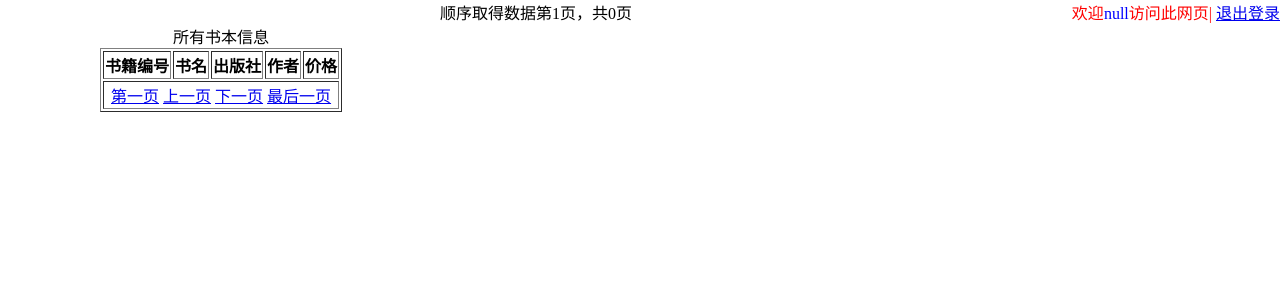
Repository: guirui-li/StudyJavaWeb
Page: http://localhost/JavawebTest/FenServlet?page=1
The author's editor kept a copy of each file at every save. The page is drawn from the files as they stood at one save, then again after the next save.
The browser window is 1280 px wide. The pictures show the whole page.
The page is served by Tomcat 9. Other server files are loaded and not shown. Queries for data that is not in the repository find no rows.

Above is the page before, as saved 2019-05-03 07:50:24.

### JavawebTest/WebContent/experiment08/loginSuccess.jsp
<%@ page language="java" contentType="text/html; charset=UTF-8"
    pageEncoding="UTF-8"%>
<%@ page import="java.util.List" %>
<%@ page import="com.guirui.demo04.Book" %>
<!DOCTYPE html>
<html>
<head>
<meta charset="UTF-8">
<title>书本信息</title>
	<style type="text/css">
		body{
			position: relative;
			margin: 0;
			pause: 0;
		}
		#div{
			float: right;
			color: red;
		}
		#a{
			color:red;
		}
		#font{
			text-align: center;
		}
		#table{
			margin-left:100px;
			text-align: center;
		}
	</style>
</head>
<body>
	<%

		String name=(String)request.getSession().getAttribute("name");
		int pagee=(Integer)request.getAttribute("currPage");
		int pages=(Integer)request.getAttribute("pages");
	%>
	<div id="div">
		欢迎<font style="color:blue"><%=name%></font>访问此网页|
		<a href="experiment08/login.jsp">退出登录</a>
	</div>
	<div id="font">
		顺序取得数据第<%=pagee %>页，共<%=pages %>页
	</div>
	<table border="1" id="table">
		<caption >所有书本信息</caption>
		<tr>
			<th>书籍编号</th>
			<th>书名</th>
			<th>出版社</th>
			<th>作者</th>
			<th>价格</th>
		</tr>
		<%
			@SuppressWarnings("unchecked")
			List<Book> list=(List<Book>)request.getAttribute("list");
			for(Book b:list){
		%>
		<tr>
			<td><%=b.getBookID() %></td>
			<td><%=b.getBookName() %></td>
			<td><%=b.getPublishing_House() %></td>
			<td><%=b.getAuthor() %></td>
			<td><%=b.getPrice() %></td>
		</tr>
		<%
			}
		%>
		<tr>
			<td colspan=5>
				<%=request.getAttribute("bar") %>
			</td>
		</tr>
	</table>
</body>
</html>

### JavawebTest/src/com/guirui/demo04/FenServlet.java
package com.guirui.demo04;

import java.io.IOException;
import java.util.List;

import javax.servlet.ServletException;
import javax.servlet.annotation.WebServlet;
import javax.servlet.http.HttpServlet;
import javax.servlet.http.HttpServletRequest;
import javax.servlet.http.HttpServletResponse;

/**
 * Servlet implementation class FenServlet
 */
@WebServlet("/FenServlet")
public class FenServlet extends HttpServlet {
	private static final long serialVersionUID = 1L;

    /**
     * @see HttpServlet#HttpServlet()
     */
    public FenServlet() {
        super();
        // TODO Auto-generated constructor stub
    }

	/**
	 * @see HttpServlet#doGet(HttpServletRequest request, HttpServletResponse response)
	 */
	protected void doGet(HttpServletRequest request, HttpServletResponse response) throws ServletException, IOException {
		int currPage=1;      							//当前页数
		if(request.getParameter("page")!=null) {        //与当前页码是否相等
			currPage=Integer.parseInt(request.getParameter("page"));
		}
		Book book=new Book();
		List<Book> list=book.findAll(currPage);        //得到当前页码对应的数据库数据
		request.setAttribute("list", list);
		int pages;           				//总页数
		int count=book.findCount();         //总记录数
		if(count%Book.PAGE_SIZE==0) {       //对总页数赋值
			pages=count/Book.PAGE_SIZE;
		}else {
			pages=count/Book.PAGE_SIZE+1;
		}
		request.setAttribute("currPage", currPage);
		request.setAttribute("pages", pages);
		StringBuffer sb=new StringBuffer();
		sb.append("<a href='/JavawebTest/FenServlet?page="+1+"'>"+"第一页"+"</a>");
		sb.append(" ");
		if(currPage==1) {
			sb.append("<a href='/JavawebTest/FenServlet?page="+1+"'>"+"上一页"+"</a>");
			sb.append(" ");
		}else {
			sb.append("<a href='/JavawebTest/FenServlet?page="+(currPage-1)+"'>"+"上一页"+"</a>");
			sb.append(" ");
		}
		for(int i=1;i<=pages;i++) {
			if(i==currPage) {
				sb.append("<a href='/JavawebTest/FenServlet?page="+i+"' id='a'>"+i+"</a>");
			}else {
				sb.append("<a href='/JavawebTest/FenServlet?page="+i+"'>"+i+"</a>");
			}
			sb.append(" ");
		}
		if(currPage==pages) {
			sb.append("<a href='/JavawebTest/FenServlet?page="+pages+"'>"+"下一页"+"</a>");
			sb.append(" ");
		}else {
			sb.append("<a href='/JavawebTest/FenServlet?page="+(currPage+1)+"'>"+"下一页"+"</a>");
			sb.append(" ");
		}
		sb.append("<a href='/JavawebTest/FenServlet?page="+pages+"'>"+"最后一页"+"</a>");
		sb.append(" ");
		request.setAttribute("bar", sb.toString());
		request.getRequestDispatcher("/experiment08/loginSuccess.jsp").forward(request, response);
	}

	/**
	 * @see HttpServlet#doPost(HttpServletRequest request, HttpServletResponse response)
	 */
	protected void doPost(HttpServletRequest request, HttpServletResponse response) throws ServletException, IOException {
		// TODO Auto-generated method stub
		doGet(request, response);
	}

}

### JavawebTest/src/com/guirui/demo04/Book.java
package com.guirui.demo04;

import java.sql.Connection;
import java.sql.DriverManager;
import java.sql.PreparedStatement;
import java.sql.ResultSet;
import java.sql.SQLException;
import java.sql.Statement;
import java.util.ArrayList;
import java.util.List;

public class Book {
	private static final String forname="com.mysql.cj.jdbc.Driver";
	private static final String url="jdbc:mysql://localhost:3306/customer?serverTimezone=UTC";
	private static final String username="root";
	private static final String password="654321";
	public static final int PAGE_SIZE=3;
	String bookID;
	String bookName;
	String publishing_House;
	String author;
	int price;
	public Book(){}

	/**
	 * 쉔접宅MySQL鑒앴욋돨젯쌈
	 * @return럿쀼宅鑒앴욋돨젯쌈뚤蹶돨多痰
	 */
	public Connection getConnection(){
		Connection con = null;
		try {
			Class.forName(forname);
			con=DriverManager.getConnection(url,username,password);
		} catch (ClassNotFoundException e) {
			e.printStackTrace();
		}catch(SQLException e) {
			e.printStackTrace();
		}
		return con;
	}

	/**
	 *
	 * @param page 矜狼꿴璂돨女쯤
	 * @return 럿쀼page女뚤壇돨鑒앴
	 */
	public List<Book> findAll(int page) {
		List<Book> list=new ArrayList<Book>();
		String sql="select * from book order by bid limit ?,?";
		Connection conn=this.getConnection();
		PreparedStatement ps=null;
		ResultSet rs=null;
		try {
			ps=conn.prepareStatement(sql);
			ps.setInt(1, (page-1)*Book.PAGE_SIZE);
			ps.setInt(2, Book.PAGE_SIZE);
			rs=ps.executeQuery();
			while(rs.next()) {
				Book book=new Book();
				book.setBookID(rs.getString("bid"));
				book.setBookName(rs.getString("bname"));
				book.setPublishing_House(rs.getString("bpublishinghouse"));
				book.setAuthor(rs.getString("bauthor"));
				book.setPrice(rs.getInt("bprice"));
				list.add(book);
			}
			rs.close();
			ps.close();
			conn.close();
		} catch (Exception e) {
			e.printStackTrace();
		}
		return list;
	}
	/**
	 * 꿴璂customer鑒앴욋돨book깊돨션쩌鑒
	 * @return 럿쀼鑒앴욋櫓book깊돨悧션쩌鑒
	 */

	public int findCount() {
		int count=0;
		String sql="select count(*) from book";
		Connection conn=this.getConnection();
		Statement st=null;
		ResultSet rs=null;
		try {
			st=conn.createStatement();
			rs=st.executeQuery(sql);
			if(rs.next()) {
				count=rs.getInt(1);
			}
			rs.close();
			conn.close();
		} catch (Exception e) {
			e.printStackTrace();
		}
		return count;
	}


	public String getBookID() {
		return bookID;
	}
	public void setBookID(String bookID) {
		this.bookID = bookID;
	}
	public String getBookName() {
		return bookName;
	}
	public void setBookName(String bookName) {
		this.bookName = bookName;
	}
	public String getPublishing_House() {
		return publishing_House;
	}
	public void setPublishing_House(String publishing_House) {
		this.publishing_House = publishing_House;
	}
	public String getAuthor() {
		return author;
	}
	public void setAuthor(String author) {
		this.author = author;
	}
	public int getPrice() {
		return price;
	}
	public void setPrice(int price) {
		this.price = price;
	}

}

After the next save:
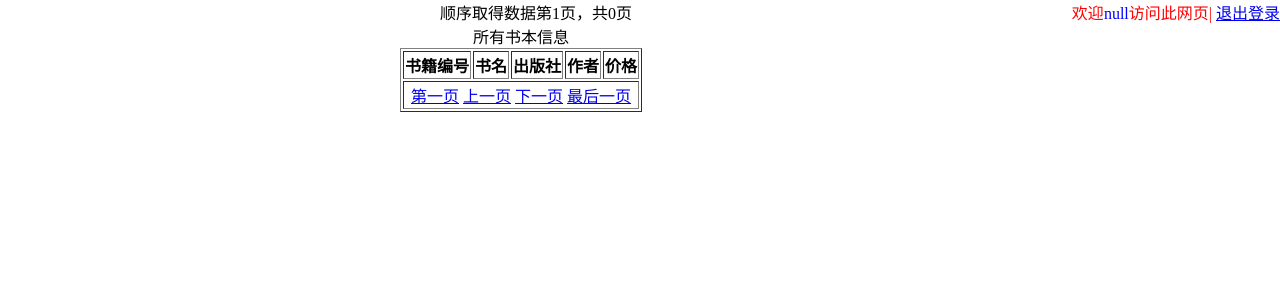
Saved 8 s later.
--- a/JavawebTest/WebContent/experiment08/loginSuccess.jsp
+++ b/JavawebTest/WebContent/experiment08/loginSuccess.jsp
@@ -24,7 +24,7 @@
 			text-align: center;
 		}
 		#table{
-			margin-left:100px;
+			margin-left:400px;
 			text-align: center;
 		}
 	</style>
